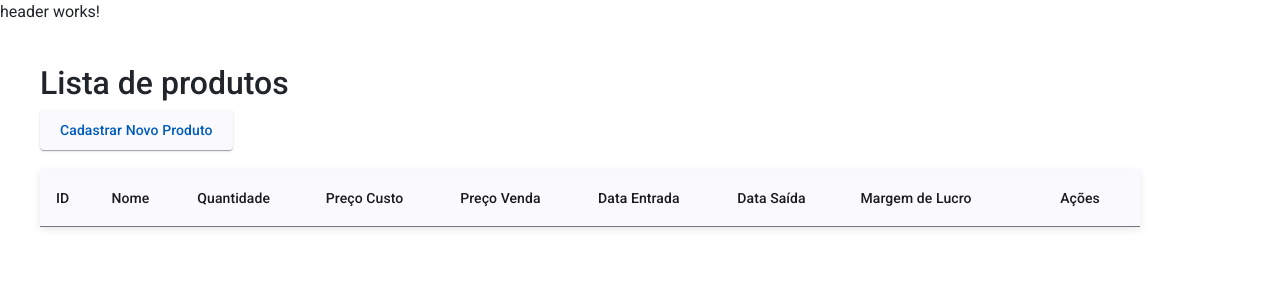
Repository: andreGattermeyer/Cadastro-Produtos-Angular
Page: /lista-produtos (app in frontend/cadastro-produtos/)
An editor plug-in stored every save of this project. The page is shown before and after the next save, followed by the edit.
The browser window is 1280 px wide. The pictures show the whole page.
The page's requests for data from a server got no answer. The project was rebuilt for these pictures with package versions that can differ from the ones it lists, and the page was loaded fresh each time. No one was signed in, and anything a server would have sent is missing. Also part of the build but not shown: frontend/cadastro-produtos/angular.json, frontend/cadastro-produtos/src/app/componentes/home/home.component.ts, frontend/cadastro-produtos/src/app/componentes/produtos/produtos.component.ts.

Above is the page before, as saved 2025-04-23 09:11:14.

After the next save:
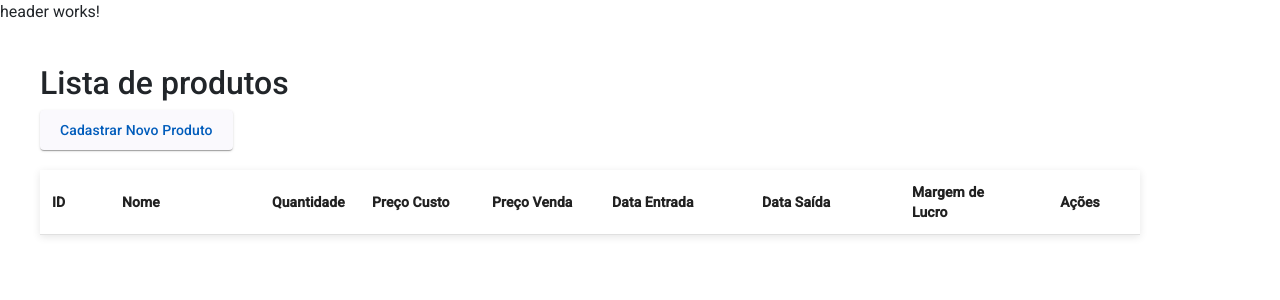
Saved 116 s later.
--- a/frontend/cadastro-produtos/src/app/componentes/lista-produtos/lista-produtos.component.css
+++ b/frontend/cadastro-produtos/src/app/componentes/lista-produtos/lista-produtos.component.css
@@ -6,17 +6,68 @@
 table {
   width: 100%;
   margin-top: 20px;
+  border-collapse: collapse;
 }
 
-th.mat-header-cell {
-  background-color: #f5f5f5;
-  color: #333;
-  font-weight: bold;
-  padding: 12px;
+.mat-mdc-table {
+  width: 100%;
+  background-color: #fff;
 }
 
-td.mat-cell {
-  padding: 8px;
+.mat-mdc-header-cell,
+.mat-mdc-cell {
+  padding: 12px !important;
+  text-align: left !important;
+  border-bottom: 1px solid rgba(0, 0, 0, 0.12);
+}
+
+.mat-mdc-header-cell {
+  font-weight: bold;
+  background-color: #f5f5f5;
+  color: rgba(0, 0, 0, 0.87);
+}
+
+.mat-mdc-row:nth-child(even) {
+  background-color: #fafafa;
+}
+
+.mat-mdc-row:hover {
+  background-color: #f0f0f0;
+}
+
+.margem-lucro {
+  background-color: #4CAF50 !important;
+  color: white !important;
+  padding: 8px !important;
+}
+
+.mat-column-acoes {
+  width: 120px;
+  text-align: center !important;
+}
+
+.mat-icon-button {
+  margin: 0 4px;
+}
+
+/* Ajustes específicos para colunas */
+.mat-column-id {
+  width: 70px;
+}
+
+.mat-column-quantidade {
+  width: 100px;
+}
+
+.mat-column-precoCusto,
+.mat-column-precoVenda,
+.mat-column-margemLucro {
+  width: 120px;
+}
+
+.mat-column-dataEntrada,
+.mat-column-dataSaida {
+  width: 150px;
 }
 
 .mat-elevation-z8 {
